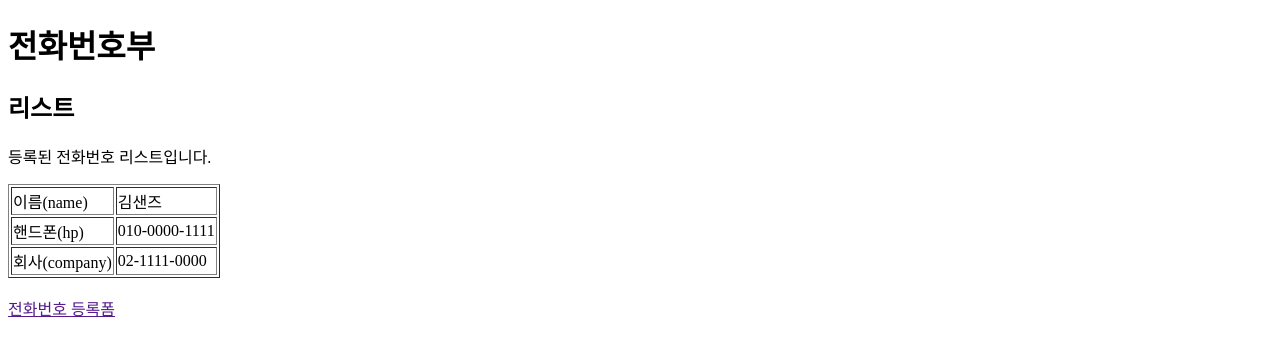
Repository: Kwonharu/workspace-web
Page: http://localhost/phonebook2/list.jsp
The author's editor kept a copy of each file at every save. The page is drawn from the files as they stood at one save, then again after the next save.
The browser window is 1280 px wide. The pictures show the whole page.
The page is served by Tomcat 9. Queries for data that is not in the repository find no rows.

Above is the page before, as saved 2023-09-04 07:42:25.

After the next save:
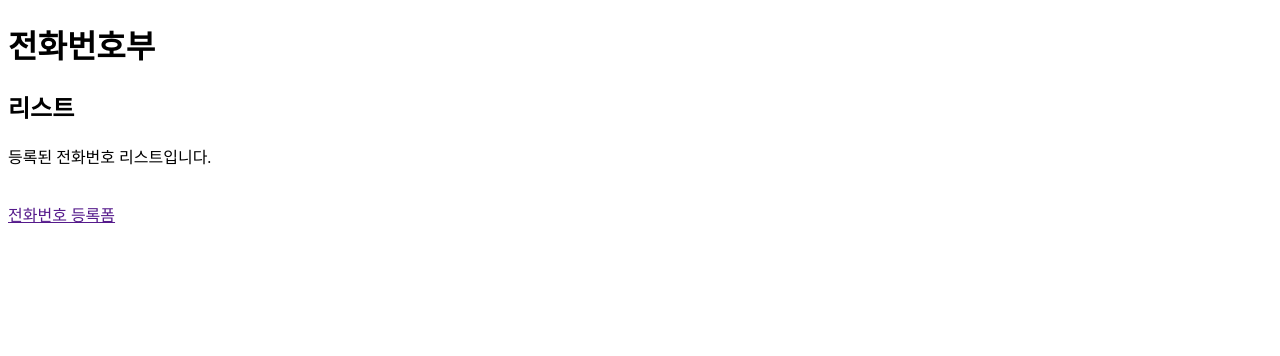
Saved 13 s later.
--- a/phonebook2/WebContent/list.jsp
+++ b/phonebook2/WebContent/list.jsp
@@ -27,9 +27,6 @@
 
 	<!-- 반복문 시작 -->
 	<%for(int i =0; i<personList.size();i++){%>
-
-	<%} %>
-
 	<table border="1">
 		<tr>
 			<td>이름(name)</td><td>김샌즈</td>
@@ -41,6 +38,8 @@
 			<td>회사(company)</td><td>02-1111-0000</td>
 		</tr>
 	</table>
+	<%} %>
+
 	<br>
 
 	<a href="">전화번호 등록폼</a>
